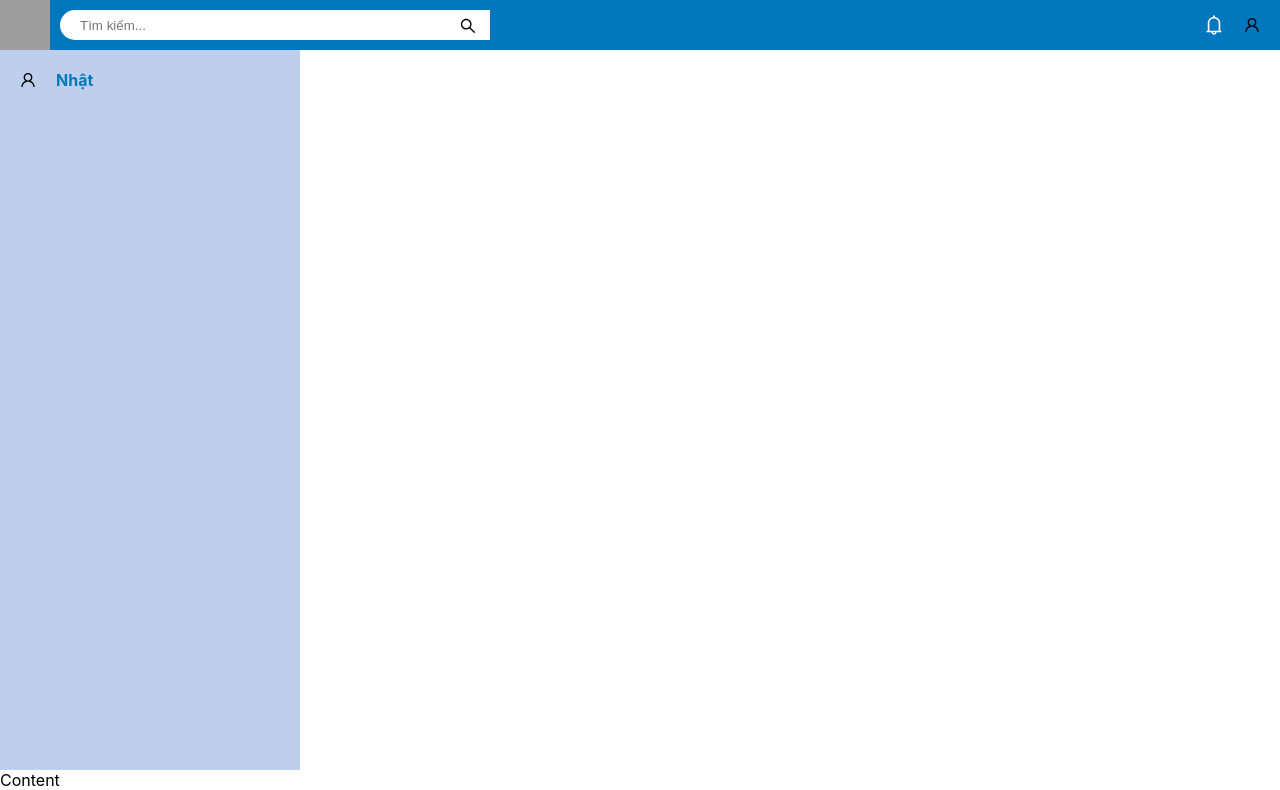
Repository: baonhat27/SocialNetwork_FE
Page: /home
The author's editor kept a copy of each file at every save. The page is drawn from the files as they stood at one save, then again after the next save.
The browser window is 1280 px wide. The pictures show the whole page.
Pictures or frames that could not be fetched are drawn as grey boxes. The project was rebuilt for these pictures with package versions that can differ from the ones it lists, and the page was loaded fresh each time. Also part of the build but not shown: src/containers/home/component/HomeComponent.module.css, src/containers/loginPage/component/LoginPageComponent.module.css, src/components/Input/Input.module.css, src/components/Input/Input.js, src/components/Button/Button.module.css, src/components/Button/Button.js, src/containers/loginPage/component/LoginPageComponent.js, src/containers/loginPage/LoginPageContainer.js.

Above is the page before, as saved 2022-03-09 21:20:00.

After the next save:
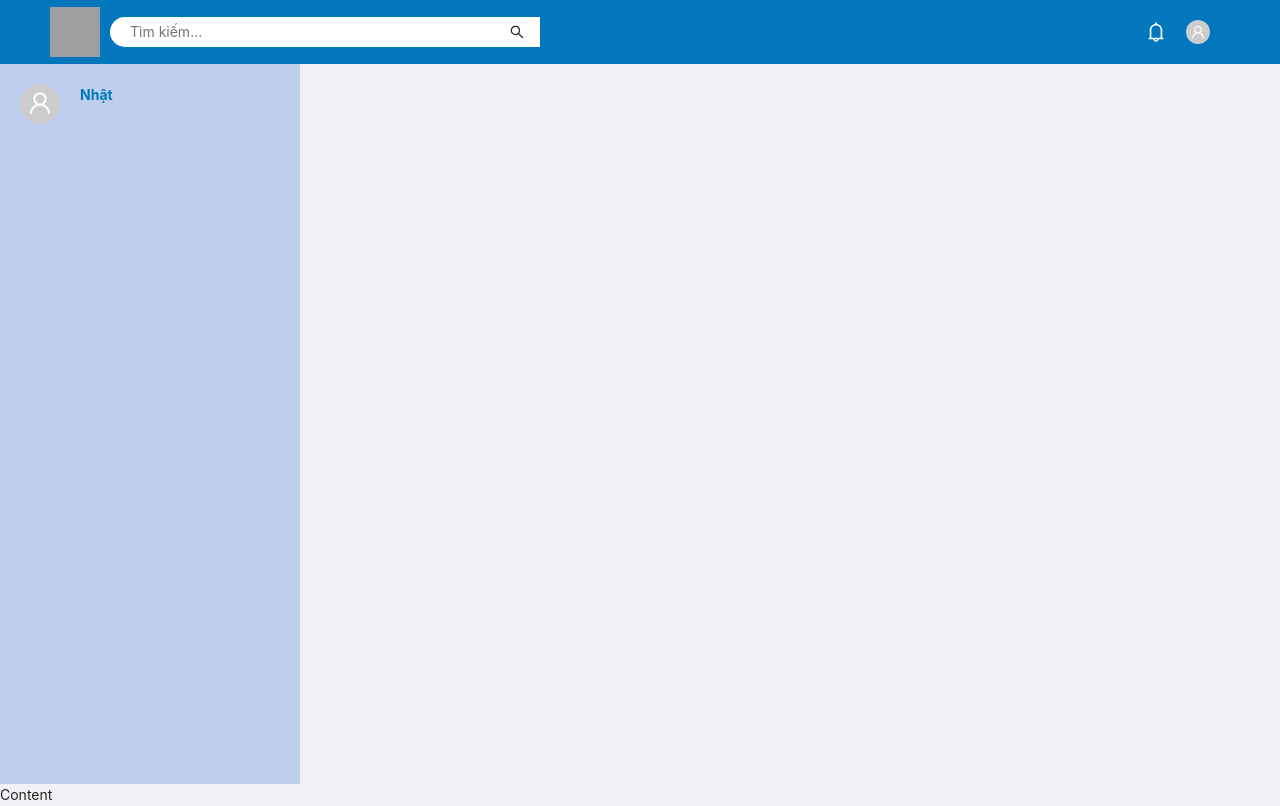
Saved 110 s later.
--- a/src/containers/sider/component/SiderComponent.js
+++ b/src/containers/sider/component/SiderComponent.js
@@ -2,6 +2,7 @@
 import styles from './Sider.module.css'
 import {  Avatar } from "antd";
 import { UserOutlined } from "@ant-design/icons";
+import 'antd/dist/antd.min.css'
 
 const SiderComponent = (props) => {
     return (

After the save that followed:
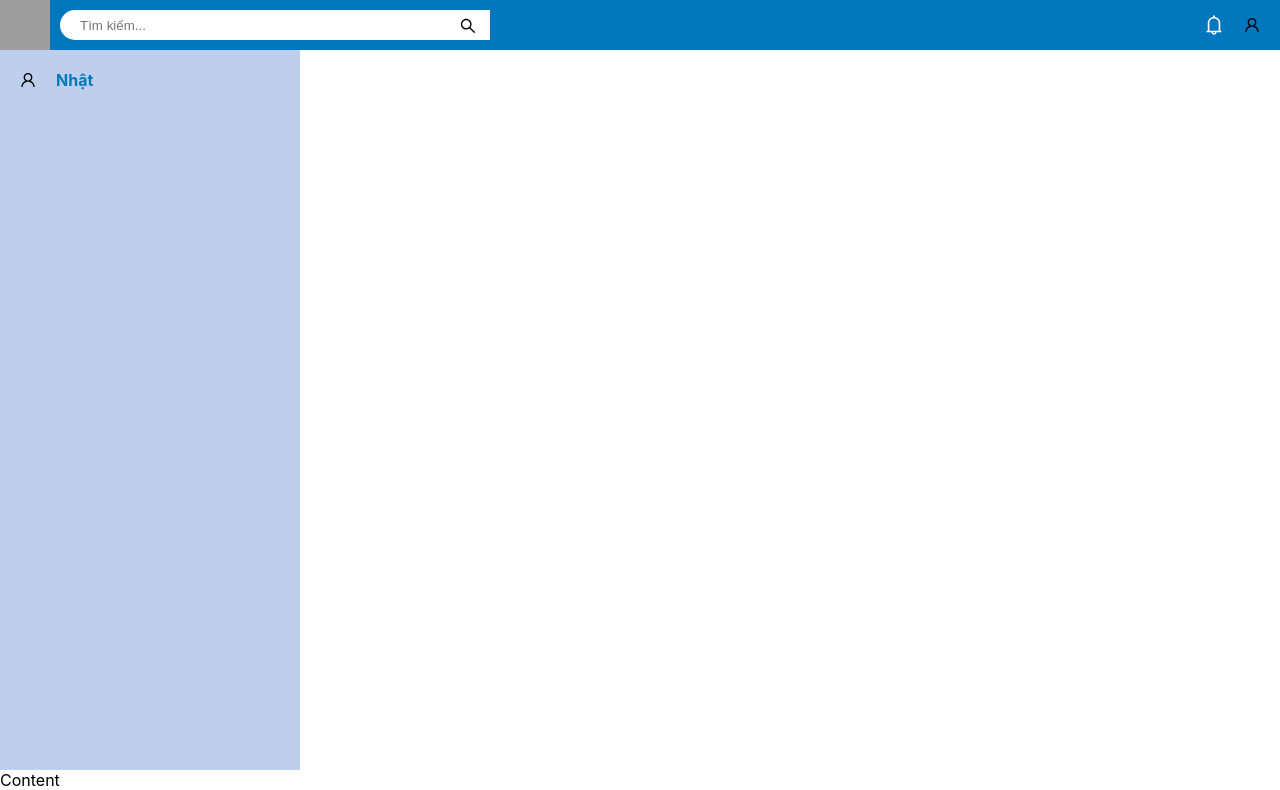
Saved 16 s later.
--- a/src/containers/sider/component/SiderComponent.js
+++ b/src/containers/sider/component/SiderComponent.js
@@ -2,7 +2,7 @@
 import styles from './Sider.module.css'
 import {  Avatar } from "antd";
 import { UserOutlined } from "@ant-design/icons";
-import 'antd/dist/antd.min.css'
+
 
 const SiderComponent = (props) => {
     return (
